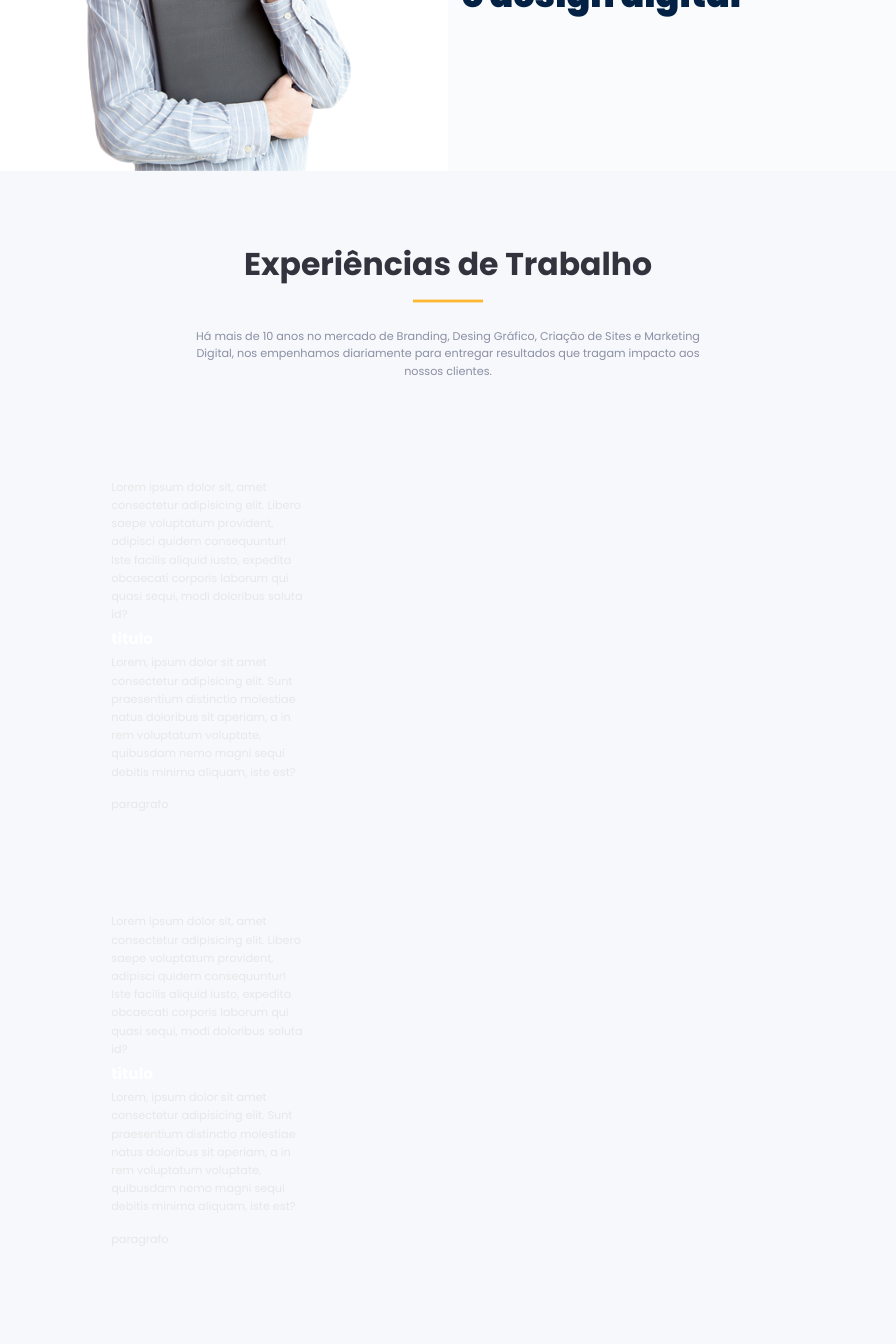
Repository: Daniells642/agencia-digital
Page: /
An editor plug-in stored every save of this project. The page is shown before and after a run of saves, followed by the edit.
The browser window is 1280 px wide. The pictures show the part of the page from y = 440 to 2360 px (the page is 3457 px tall before and 1927 px after), at 70% of full size.
The project was rebuilt for these pictures with package versions that can differ from the ones it lists, and the page was loaded fresh each time.

Above is the page before, as saved 2022-12-02 22:36:52.

After the next 2 saves:
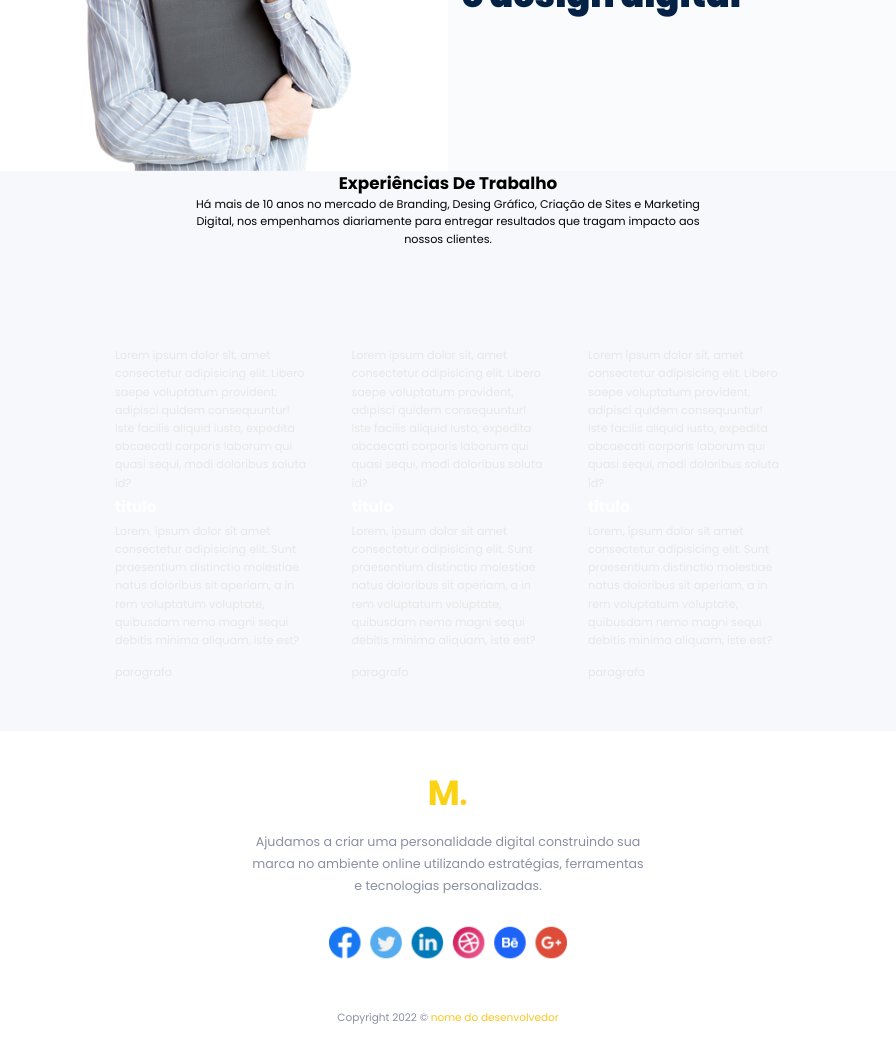
The 2 saves are shown as one change because 1 did not build or start.
The last was saved 39 s later.
--- a/src/componentes/SecaoExperienciaTrabalho/index.jsx
+++ b/src/componentes/SecaoExperienciaTrabalho/index.jsx
@@ -1,37 +1,41 @@
+import Card from '../Card';
 import './style.css';
-import Card from "../Card";
 
 export default function SecaoExperienciaTrabalho(props) {
+    return (
+      <section id='secao-experiencia' className={props.ehTemaEscuro ? 'secao-modo-escuro' : 'secao-modo-claro'}>
 
-  return (
-    <section id="secaoExpDeTrab" className={props.ehTemaEscuro ? "secao-modo-escuro" : "secao-modo-claro"}>
-      <div id="container-texto" className={props.ehTemaEscuro ? "container-texto-modo-escuro" : "container-texto-modo-claro"}>
-        <h2>Experiências de Trabalho</h2>
-        <p>
-          Há mais de 10 anos no mercado de Branding, Desing Gráfico, Criação de Sites e Marketing Digital,
-          nos empenhamos diariamente para entregar resultados que tragam impacto aos nossos clientes.
-        </p>
-      </div>
-      <div className="conteiner-cards limitar-secao">
-        <Card
-          data="JUNHO 2012 - 2016"
-          titulo="Web Designer"
-          empresa="Pied Piper StartUp."
-          paragrafo="Criação de Landing pages, sites institucionais e E-commerces completamente personalizados e otimizados para buscadores"
-        />
-        <Card
-          data="AGOSTO 2016 - 2019"
-          titulo="Product Designer"
-          empresa="E Corp."
-          paragrafo="Criação de modelos estratégicos de conversão identificando o cliente e mapeando toda a sua jornada de compra"
-        />
-        <Card
-          data="FEVEREIRO 2019 - 2021"
-          titulo="Digital Consulting"
-          empresa="Arasaka Inc."
-          paragrafo="Consultoria em estratégias digitais para todas as etapas do ciclo do projeto, desde a definição inicial até a execução"
-        />
-      </div>
-    </section>
-  );
-}
+            <div id='container-texto' className={props.ehTemaEscuro ? 'texto-modo-escuro' : 'texto-modo-claro'}>
+                <h1>Experiências De Trabalho</h1>
+                <p> Há mais de 10 anos no mercado de Branding, Desing Gráfico, Criação de
+                Sites e Marketing Digital, nos empenhamos diariamente para entregar
+                resultados que tragam impacto aos nossos clientes.
+                </p>
+            </div>
+
+            <div className="container-cards limitar-secao">
+              <Card
+                data="JUNHO 2012 - 2016"
+                titulo="Web Designer"
+                empresa="Pied Piper StartUp."
+                paragrafo="Criação de Landing pages, sites institucionais e E-commerces completamente personalizados e otimizados para buscadores"
+              />
+              <Card
+                data="AGOSTO 2016 - 2019"
+                titulo="Product Designer"
+                empresa="E Corp."
+                paragrafo="Criação de modelos estratégicos de conversão identificando o cliente e mapeando toda a sua jornada de compra"
+              />
+              <Card
+                data="FEVEREIRO 2019 - 2021"
+                titulo="Digital Consulting"
+                empresa="Arasaka Inc."
+                paragrafo="Consultoria em estratégias digitais para todas as etapas do ciclo do projeto, desde a definição inicial até a execução"
+              />
+        </div>
+
+
+
+      </section>
+    );
+  }
